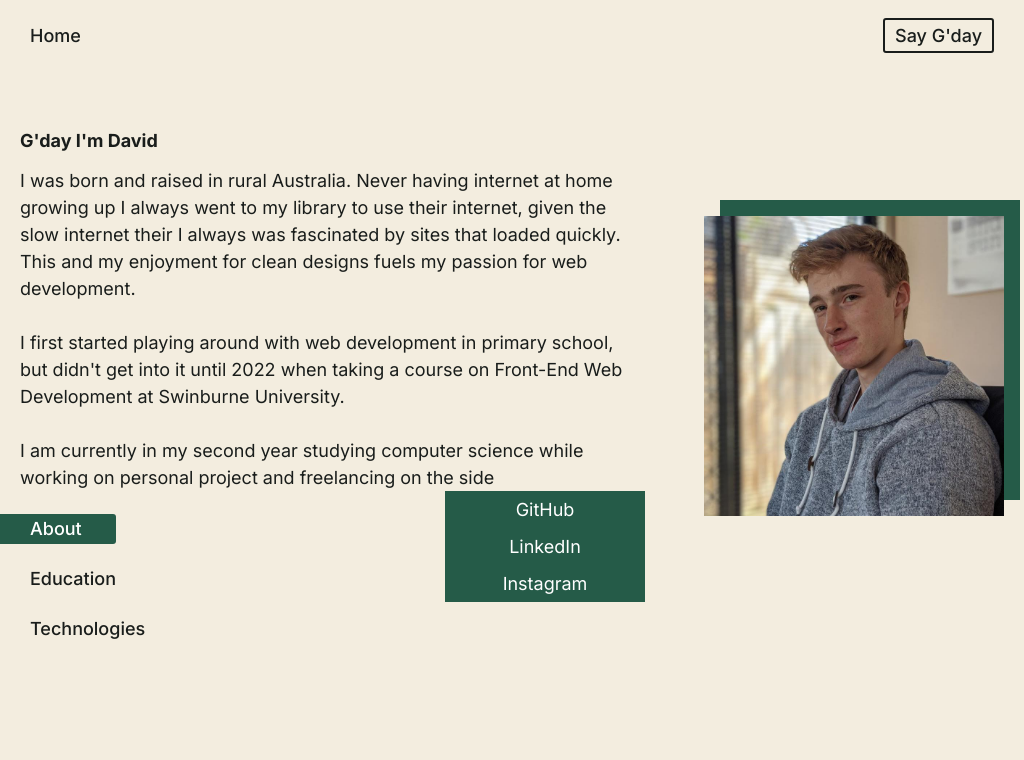
Repository: David-Waite/David-Waite-Portfolio
Page: /about
The author's editor kept a copy of each file at every save. The page is drawn from the files as they stood at one save, then again after the next save.
The browser window is 1024 px wide. The pictures show the whole page.
The project was rebuilt for these pictures with package versions that can differ from the ones it lists, and the page was loaded fresh each time. The framework's server and built-in components were replaced by stand-ins that run in the browser. Also part of the build but not shown: next.config.js.

Above is the page before, as saved 2023-07-27 12:07:17.

### app/layout.tsx
import "./globals.css";
import type { Metadata } from "next";
import { Inter } from "next/font/google";
import Link from "next/link";
import NavBar from "./components/Nav/NavBar/NavBar";

const inter = Inter({ subsets: ["latin"] });

export const metadata: Metadata = {
  title: "Create Next App",
  description: "Generated by create next app",
};

export default function RootLayout({
  children,
}: {
  children: React.ReactNode;
}) {
  return (
    <html lang="en">
      <body className={inter.className}>
        <NavBar />
        {children}
      </body>
    </html>
  );
}

### app/about/page.tsx
"use client";

import Image from "next/image";
import styles from "./page.module.css";
import Menu from "../components/About/Menu/Menu";
import { useState } from "react";

export default function About() {
  const [selected, setSelected] = useState({
    about: true,
    education: false,
    technologies: false,
  });

  function handleClick(select: string) {
    setSelected(() => {
      return {
        about: select === "about" ? true : false,
        education: select === "education" ? true : false,
        technologies: select === "technologies" ? true : false,
      };
    });
  }

  const AboutText = (
    <>
      <h1>G&apos;day I&apos;m David</h1>
      <p className={styles.description}>
        I was born and raised in rural Australia. Never having internet at home
        growing up I always went to my library to use their internet, given the
        slow internet their I always was fascinated by sites that loaded
        quickly. This and my enjoyment for clean designs fuels my passion for
        web development.
        <br />
        <br /> I first started playing around with web development in primary
        school, but didn&apos;t get into it until 2022 when taking a course on
        Front-End Web Development at Swinburne University.
        <br />
        <br /> I am currently in my second year studying computer science while
        working on personal project and freelancing on the side
      </p>
    </>
  );

  const EducationText = (
    <>
      <h1>My Education</h1>
      <ul className={`${styles.description} ${styles.descriptionList} `}>
        <li>
          CT50220 Dimploma of Information Technology (Front End Web Development)
          | 2022
        </li>
        <li>BA-CS Bachelor of Computer Science | 2023 - current</li>
        <li>Front end developer career path (72hrs) | Scrimba (online)</li>
        <li>
          React Native - The Practical Guide 2022 (26hrs) | Udemy (online)
        </li>
        <li>
          C# Basics for Beginners: Learn C# Fundamentals by Coding (6hrs) |
          Udemy (online)
        </li>
        <li>
          C# Intermediate: Classes, Interfaces and OOP (6hrs) | Udemy (online)
        </li>
      </ul>
    </>
  );
  const TechnologiesText = (
    <>
      <h1>What I&apos;m confortable with</h1>
      <ul className={`${styles.description} ${styles.descriptionList} `}>
        <li>HTML</li>
        <li>CSS</li>
        <li>Next.Js</li>
        <li>Contentful</li>
        <li>React.Js</li>
        <li>JavaScript</li>
        <li>C#</li>
      </ul>
    </>
  );

  let textContent;

  if (selected.about) {
    textContent = AboutText;
  }
  if (selected.technologies) {
    textContent = TechnologiesText;
  }
  if (selected.education) {
    textContent = EducationText;
  }
  return (
    <main className={styles.container}>
      <Menu selected={selected} onClick={handleClick} />
      <div className={styles.content}>
        <div className={styles.textContainer}>
          <div className={styles.paragraphContainer}>{textContent}</div>
          <div className={`${styles.desktopLink} ${styles.links}`}>
            <a href="https://github.com/David-Waite" target="_blank">
              GitHub
            </a>
            <a href="www.linkedin.com/in/davidwaitedev" target="_blank">
              LinkedIn
            </a>
            <a href="https://www.instagram.com/david__waite/" target="_blank">
              Instagram
            </a>
          </div>
        </div>

        <div className={styles.imageContainer}>
          <Image src="/aboutMe.jpg" fill={true} alt="David" />
        </div>
      </div>
    </main>
  );
}

### app/contact/send/route.ts
import mail from "@sendgrid/mail";
import { NextResponse } from "next/server";

// Create an api key in sendgrid and store someplace safe
mail.setApiKey(process.env.SENDGRID_API_KEY || "");

type ResponseData = {
  status?: string;
  message?: string;
};

export async function POST(request: Request) {
  let response: ResponseData = {};
  const body = await request.json();
  // I know the formData I sent in my request has name, email, and message fields so I'm just manually grabbing them to format a message
  const message = `
    Name: ${body.name}\r\n
    Email: ${body.email}\r\n
    Message: ${body.message}

  `;
  const data = {
    to: "davidwaite122@gmail.com",
    from: "davidwaiteportfolio@zohomail.com.au",
    subject: "Contact Message via Sendgrid",
    text: message,
    html: message.replace(/\r\n/g, "<br>"),
  };

  // Send the data and create a response object. I'm using status and message to display a success or fail notification in the UI
  await mail
    .send(data)
    .then(() => {
      response = {
        status: "success",
        message: "Your message was sent. I'll be in contact shortly.",
      };
    })
    .catch((error) => {
      response = {
        status: "error",
        message: `Message failed to send with error, ${error}`,
      };
    });

  return NextResponse.json(response);
}

### app/globals.css
:root {
  --primary: #255b48;
  --black: #191d1b;
  --background: #f3eddf;
  --white: #ffffff;
  --grey: #606060;
  --error: #a83c23;
}

.paragraph {
  font-size: 18px;
  font-style: normal;
  font-weight: 400;
  line-height: 25.2px;
  color: var(--black);
}

body {
  background-color: var(--background);
}

* {
  padding: 0;
  margin: 0;
  box-sizing: border-box;
}

### app/components/Nav/NavBar/NavBar.tsx
"use client";
import NavButton from "../NavButton/NavButton";
import styles from "./navBar.module.css";
import { usePathname } from "next/navigation";

import Link from "next/link";

export default function NavBar() {
  const currentRoute = usePathname();

  return (
    <nav className={styles.container}>
      <Link
        className={styles.link}
        href={`./${currentRoute === "/" ? "about" : "/"}`}
      >
        {currentRoute === "/" ? "About" : "Home"}
      </Link>

      {currentRoute !== "/contact" && <NavButton />}
    </nav>
  );
}

### app/about/page.module.css
.container {
  display: flex;
  height: calc(100vh - 70px);
  width: 100%;
  align-items: center;
  justify-content: center;
}

.content {
  position: relative;
  display: flex;
  align-items: center;
  gap: 200px;
}
.imageContainer {
  position: relative;
  width: 440px;
  height: 440px;
  box-shadow: var(--primary) 16px -16px 0px 0px;
}

.descriptionList {
  margin-left: 32px;
  margin-right: -32px;
}
.content h1 {
  color: var(--black);
  font-size: 18px;
  font-weight: 700;
  margin-bottom: 16px;
}
.description {
  color: var(--black);
  font-size: 18px;
  font-weight: 400;

  width: 740px;
  height: 300px;
  line-height: 27px;
}

.links {
  margin-top: 24px;
  position: absolute;
  left: -56px;
  padding: 0 56px;
  background-color: var(--primary);
  display: flex;
  align-items: center;
  flex-direction: column;
}
.mobileLink {
  display: none;
}
.links a {
  cursor: pointer !important;
  color: var(--white);
  text-decoration: none;
  font-size: 18px;
  margin: 8px 0;
}

.container hr {
  width: 100%;
  display: none;
}
.links a:hover {
  color: var(--grey);
}

.mobileMenu {
  display: none;
}

@media (max-width: 2000px) {
  .content {
    gap: 100px;
  }
}
@media (max-width: 1850px) {
  .imageContainer {
    width: 350px;
    height: 350px;
  }
}

@media (max-width: 1750px) {
  .imageContainer {
    width: 350px;
    height: 350px;
    margin-right: -50px;
  }
}

@media (max-width: 1650px) {
  .description {
    width: 700px;
    height: 300px;
  }
}

@media (max-width: 1550px) {
  .imageContainer {
    margin-right: -100px;
    width: 300px;
    height: 300px;
  }
}

@media (max-width: 1450px) {
  .imageContainer {
    margin-right: -150px;
    width: 300px;
    height: 300px;
  }
}

@media (max-width: 1350px) {
  .content {
    gap: 50px;
  }
}
@media (max-width: 1250px) {
  .description {
    width: 625px;
  }
}

@media (max-width: 1200px) {
  .container {
    padding: 20px;
    margin-top: 40px;
    display: block;
  }

  .description {
    padding-right: 16px;
  }
  .descriptionList {
    margin-left: 16px;
    margin-right: 0px;
  }
  .content {
    gap: 0;
    justify-content: space-between;
  }
  .imageContainer {
    margin-right: 0px;
  }
  .links {
    position: static;
    width: 200px;
    margin-left: auto;
  }
}
@media (max-width: 425px) {
  .links a,
  .content h1,
  .description {
    font-size: 16px;
  }
}

### app/components/About/Menu/Menu.tsx
"use client";
import { CSSProperties, useState } from "react";
import styles from "./menu.module.css";
export default function Menu(props: { onClick: any; selected: any }) {
  function handleClick(select: string) {
    props.onClick(select);
  }

  const selectedBackground: any = {
    left: "0px",
  };
  const selectedP: any = {
    color: "white",
  };
  return (
    <div className={styles.menu} id="menu">
      <div
        className={`${styles.linkContainer} ${styles.about}`}
        onClick={() => handleClick("about")}
      >
        <div
          className={styles.aboutBackground}
          style={Object.assign(props.selected.about && selectedBackground)}
        ></div>
        <p style={Object.assign(props.selected.about && selectedP)}>About</p>
      </div>
      <br />
      <div
        className={`${styles.linkContainer} ${styles.education}`}
        onClick={() => handleClick("education")}
      >
        <div
          className={styles.educationBackground}
          style={Object.assign(props.selected.education && selectedBackground)}
        ></div>
        <p style={Object.assign(props.selected.education && selectedP)}>
          Education
        </p>
      </div>
      <br />
      <div
        className={`${styles.linkContainer} ${styles.technologies}`}
        onClick={() => handleClick("technologies")}
      >
        <div
          className={styles.technologiesBackground}
          style={Object.assign(
            props.selected.technologies && selectedBackground
          )}
        ></div>
        <p style={Object.assign(props.selected.technologies && selectedP)}>
          Technologies
        </p>
      </div>
    </div>
  );
}

### app/components/Nav/NavButton/NavButton.tsx
import styles from "./navButton.module.css";

import Link from "next/link";

export default function NavButton() {
  return (
    <Link className={styles.container} href={"./contact"}>
      Say G&apos;day
    </Link>
  );
}

### app/components/Nav/NavBar/navBar.module.css
.container {
  display: flex;
  align-items: center;
  justify-content: space-between;
  height: 70px;
  padding: 0 30px;
}

.link {
  color: var(--black);
  text-decoration: none;
  font-size: 18px;
  font-weight: 500;
  cursor: pointer !important;
}

.link:hover {
  color: var(--grey);
}

@media (max-width: 768px) {
  .container {
    padding: 0 20px;
  }
}
@media (max-width: 425px) {
  .link {
    font-size: 16px;
  }
}

### app/components/About/Menu/menu.module.css
.menu {
  position: absolute;
  left: 0;
  font-size: 18px;
  font-weight: 500;
}

.menu div {
  display: flex;
  align-items: center;
}

.linkContainer {
  position: relative;
}
.linkContainer p {
  position: relative;
  cursor: pointer !important;
  color: var(--black);
}

.aboutBackground,
.educationBackground,
.technologiesBackground {
  position: absolute;
  background-color: var(--primary);
  left: 0;
  height: 30px;
  border-radius: 0 3px 3px 0;
  transition: 0.3s ease-in;
}
.about {
  width: 116px;
}
.aboutBackground {
  width: 116px;
  left: -116px;
}
.about:hover .aboutBackground {
  left: 0;
}

.education {
  width: 148px;
}
.educationBackground {
  width: 148px;
  left: -148px;
}
.education:hover .educationBackground {
  left: 0;
}

.technologies {
  width: 175px;
}
.technologiesBackground {
  width: 175px;
  left: -175px;
}
.technologies:hover .technologiesBackground {
  left: 0;
}

.menu p {
  top: 0;
  padding: 4px 30px;

  transition: 0.3s;
}

.selected {
  border-radius: 0 3px 3px 0;
  color: var(--white);
  background: rgb(37, 91, 72);
}

.linkContainer p:hover {
  position: relative;
  color: var(--white);
}

@media (max-width: 1200px) {
  .menu {
    top: calc((100vh - 70px) / 2 + 189px);
    z-index: 4;
  }
}

### app/components/Nav/NavButton/navButton.module.css
.container {
  border: 2px solid var(--black);
  color: var(--black);
  font-weight: 500;
  border-radius: 3px;
  font-size: 18px;
  padding: 5px 10px;
  transition: 0.3s;
  text-decoration: none;
  cursor: pointer !important;
}

.container:hover {
  background-color: var(--primary);
  color: var(--white);
}

@media (max-width: 425px) {
  .container {
    font-size: 16px;
  }
}

After the next save:
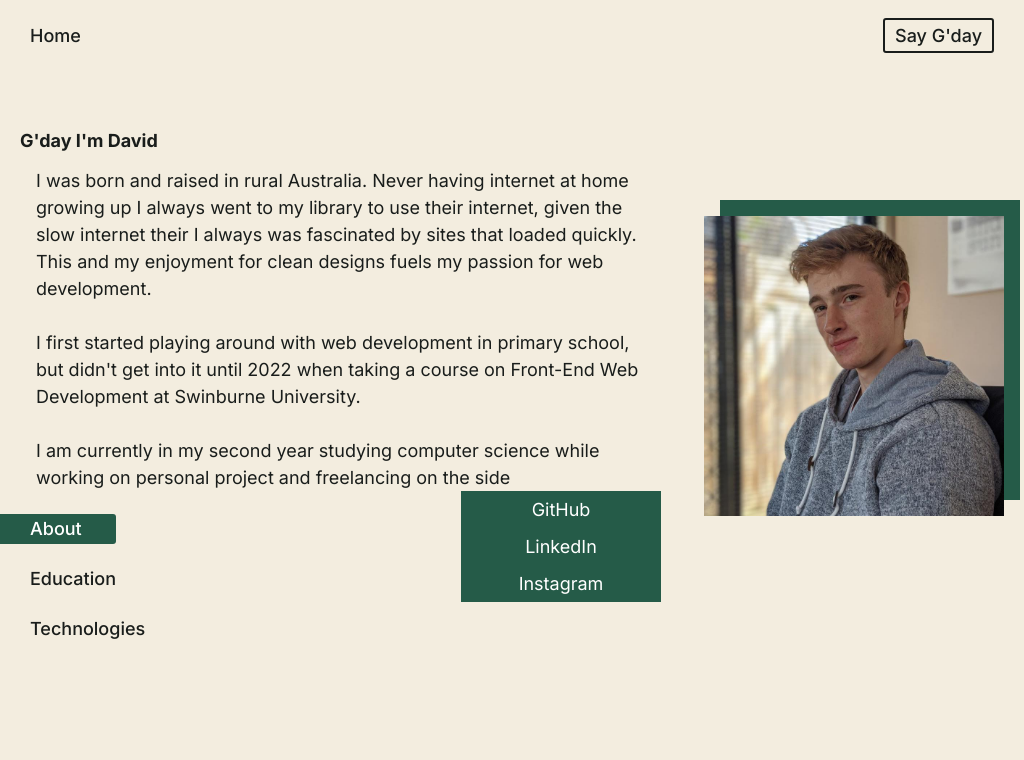
Saved 12 s later.
--- a/app/about/page.module.css
+++ b/app/about/page.module.css
@@ -134,7 +134,8 @@
   }
 
   .description {
-    padding-right: 16px;
+    margin-left: 16px;
+    margin-right: 0px;
   }
   .descriptionList {
     margin-left: 16px;
